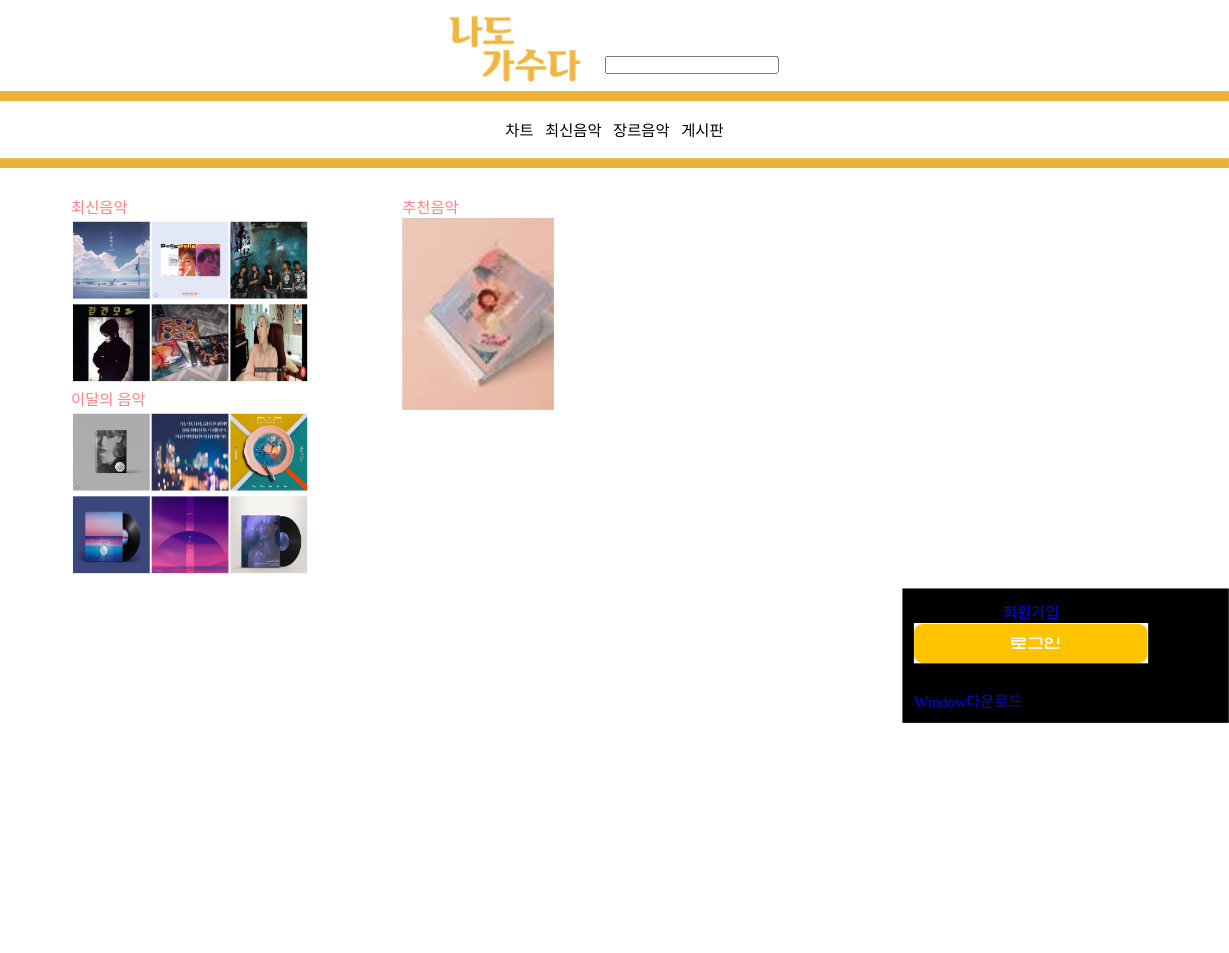
Repository: Ea-Bell/GraduationPortfolio
Page: http://localhost/WebTest/webTest/View/login/index.jsp
The author's editor kept a copy of each file at every save. The page is drawn from the files as they stood at one save, then again after the next save.
The browser window is 1280 px wide. The pictures show the whole page, at 96% of full size.
The page is served by Tomcat 9. Nobody is signed in. The application's start-up code is not run.

Above is the page before, as saved 2020-09-25 13:25:23.

After the next save:
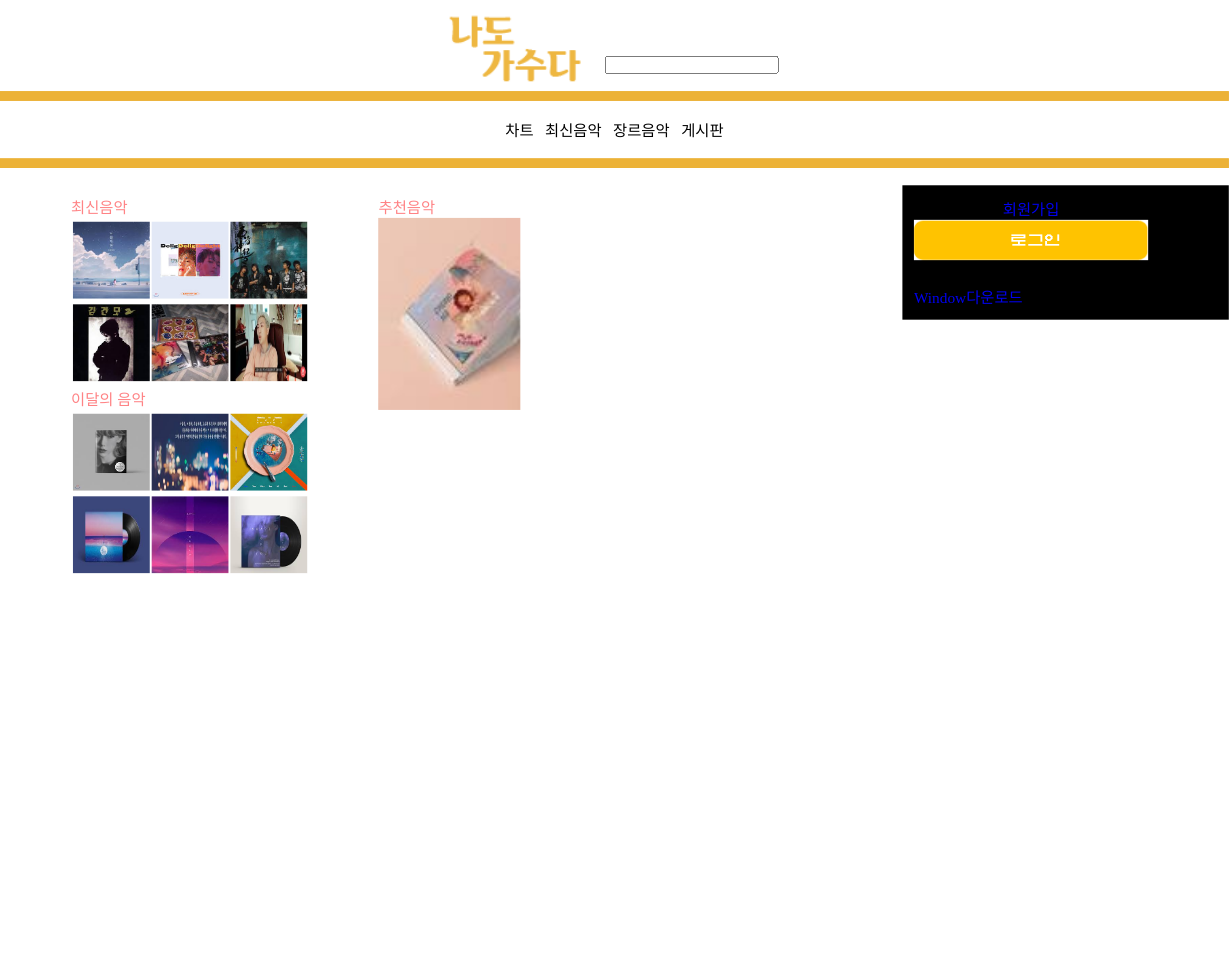
Saved 25 s later.
--- a/WEB_Server/WebTest/WebContent/webTest/View/login/index.jsp
+++ b/WEB_Server/WebTest/WebContent/webTest/View/login/index.jsp
@@ -51,7 +51,7 @@
 		<div id="leftblank" style="height:800px; width: 5%; float:left;" >
 		</div>
 	<!-- 콘텐츠 -->
-	<div class="content" style="width:70%; float:left;">
+	<div class="content" style="width:65%; float:left;">
 
 		<div id="content"  style="padding:10px; width: 55%;  float: left;" >
 
